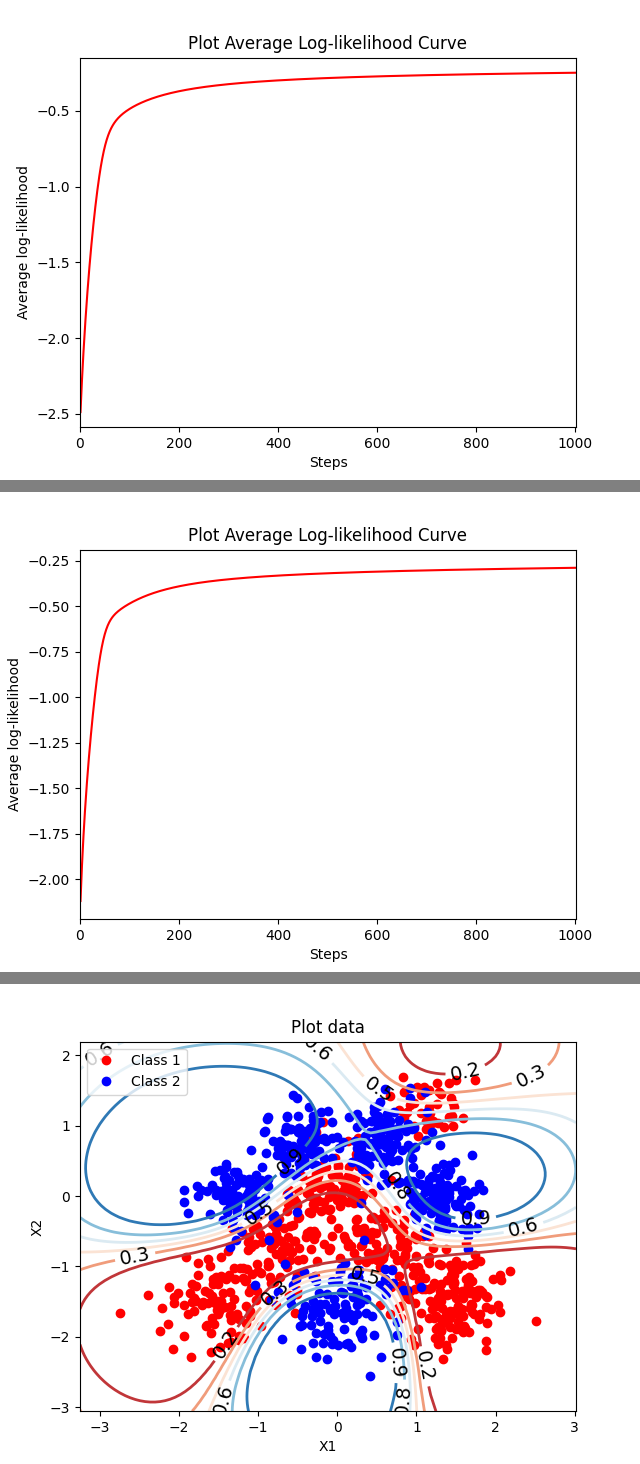
Repository: DhruvTrehan03/3F8
Script's output: python Lab.py
These files come from the project's save history. The script's output is drawn as it stood at one moment and after the next save; the edit follows.
Each picture stacks the figures in order, with grey between them; figures that are only written to a file come last. Random numbers start from a fixed seed.

Above is the script's output before, as saved 2024-02-16 13:04:18.

### Lab.py
import numpy as np
import matplotlib.pyplot as plt

def logistic(x):
    return 1.0 / (1.0 + np.exp(-x))

def plot_data_internal(X, y):
    x_min, x_max = X[ :, 0 ].min() - .5, X[ :, 0 ].max() + .5
    y_min, y_max = X[ :, 1 ].min() - .5, X[ :, 1 ].max() + .5
    xx, yy = np.meshgrid(np.linspace(x_min, x_max, 100), np.linspace(y_min, y_max, 100))
    plt.figure()
    plt.xlim(xx.min(None), xx.max(None))
    plt.ylim(yy.min(None), yy.max(None))
    ax = plt.gca()
    ax.plot(X[y == 0, 0], X[y == 0, 1], 'ro', label = 'Class 1')
    ax.plot(X[y == 1, 0], X[y == 1, 1], 'bo', label = 'Class 2')
    plt.xlabel('X1')
    plt.ylabel('X2')
    plt.title('Plot data')
    plt.legend(loc = 'upper left', scatterpoints = 1, numpoints = 1)
    return xx, yy

def plot_data(X, y):
    xx, yy = plot_data_internal(X, y)
    plt.show()

def log_likelihood (y, X, B):
    L= np.prod(np.power(sigmoid(X@B),(y)) * np.power(sigmoid(X@B),(1-y)))
    # for i in range(len(X[:,0])):
    #     L *= (sigmoid(B.T@X[i,:].T)**y[i])*(sigmoid(-B.T@X[i,:].T)**(1-y[i]))
    LL = np.log(L)
    return LL

def predict(X_tilde, w):
    return logistic(np.dot(X_tilde, w))

def get_x_tilde(X):
    return np.concatenate((np.ones((X.shape[ 0 ], 1 )), X), 1)

def plot_ll(ll):
    plt.figure()
    ax = plt.gca()
    plt.xlim(0, len(ll) + 2)
    plt.ylim(min(ll) - 0.1, max(ll) + 0.1)
    ax.plot(np.arange(1, len(ll) + 1), ll, 'r-')
    plt.xlabel('Steps')
    plt.ylabel('Average log-likelihood')
    plt.title('Plot Average Log-likelihood Curve')
    plt.show()

def plot_predictive_distribution(X, y, w, map_inputs = lambda x : x):
    xx, yy = plot_data_internal(X, y)
    ax = plt.gca()
    X_tilde = get_x_tilde(map_inputs(np.concatenate((xx.ravel().reshape((-1, 1)), yy.ravel().reshape((-1, 1))), 1)))
    Z = predict(X_tilde, w)
    Z = Z.reshape(xx.shape)
    cs2 = ax.contour(xx, yy, Z, cmap = 'RdBu', linewidths = 2)
    plt.clabel(cs2, fmt = '%2.1f', colors = 'k', fontsize = 14)
    plt.show()

def compute_average_ll(X_tilde, y, w):
    output_prob = predict(X_tilde, w)
    return np.mean(y * np.log(output_prob) + (1 - y) * np.log(1.0 - output_prob))

def fit_w(X_tilde_train, y_train, X_tilde_test, y_test, n_steps, alpha):
    w = np.random.randn(X_tilde_train.shape[ 1 ])
    ll_train = np.zeros(n_steps)
    ll_test = np.zeros(n_steps)
    for i in range(n_steps):
        sigmoid_value = predict(X_tilde_train, w)
        w += alpha * X_tilde_train.T@(y_train-sigmoid_value)     # Gradient-based update rule for w. To be completed by the student
        ll_train[ i ] = compute_average_ll(X_tilde_train, y_train, w)
        ll_test[ i ] = compute_average_ll(X_tilde_test, y_test, w)
        print(ll_train[ i ], ll_test[ i ])

    return w, ll_train, ll_test

def evaluate_basis_functions(l, X, Z):
    X2 = np.sum(X**2, 1)
    Z2 = np.sum(Z**2, 1)
    ones_Z = np.ones(Z.shape[ 0 ])
    ones_X = np.ones(X.shape[ 0 ])
    r2 = np.outer(X2, ones_Z) - 2 * np.dot(X, Z.T) + np.outer(ones_X, Z2)
    return np.exp(-0.5 / l**2 * r2)

def conf_mat(y_test, X_tilde_test, w):
    z = (predict(X_tilde_test, w)>0.5)
    P_0_0 = 0
    P_1_0 = 0
    P_0_1 = 0
    P_1_1 = 0
    for i in range(len(y_test)):
        if y_test[i] == 0 and z[i] == 0:
                P_0_0 += 1
        if y_test[i] == 0 and z[i] == 1:
                P_1_0 += 1
        if y_test[i] == 1 and z[i] == 0:
                P_0_1 += 1
        if y_test[i] == 1 and z[i] == 1:
                P_1_1 += 1
    print(np.array([[P_0_0/(P_0_0+P_1_0), P_1_0/(P_0_0+P_1_0)],[P_0_1/(P_0_1+P_1_1), P_1_1/(P_0_1+P_1_1)]]))

X = np.loadtxt('X.txt')
y = np.loadtxt('y.txt')
permutation = np.random.permutation(X.shape[ 0 ])
X = X[ permutation, : ]
y = y[ permutation ]

n_train = 800
X_train = X[ 0 : n_train, : ]
X_test = X[ n_train :, : ]
y_train = y[ 0 : n_train ]
y_test = y[ n_train : ]

# Eta = 0.001
# Max_it = 100

# X_tilde_train = get_x_tilde(X_train)
# X_tilde_test = get_x_tilde(X_test)
# w, ll_train, ll_test = fit_w(X_tilde_train, y_train, X_tilde_test, y_test, Max_it, Eta)
# plot_ll(ll_train)
# plot_ll(ll_test)
# plot_predictive_distribution(X, y, w)

l = 1 # Width of the Gaussian basis funcction. To be completed by the student

X_tilde_train = get_x_tilde(evaluate_basis_functions(l, X_train, X_train))
X_tilde_test = get_x_tilde(evaluate_basis_functions(l, X_test, X_train))

# We train the new classifier on the feature expanded inputs

alpha = 0.0001 # Learning rate for gradient-based optimisation with basis functions. To be completed by the student
n_steps = 1000 # Number of steps of gradient-based optimisation with basis functions. To be completed by the student

w, ll_train, ll_test = fit_w(X_tilde_train, y_train, X_tilde_test, y_test, n_steps, alpha)

# We plot the training and test log likelihoods

plot_ll(ll_train)
plot_ll(ll_test)

# We plot the predictive distribution

plot_predictive_distribution(X, y, w, lambda x : evaluate_basis_functions(l, x, X_train))
conf_mat(y_test, X_tilde_train, w)

### y.txt
0
0
1
1
1
0
1
0
0
1
0
0
1
0
0
1
1
1
0
0
0
0
1
1
1
0
1
1
1
1
0
1
0
1
0
0
0
1
1
0
0
1
1
1
1
1
1
0
0
1
0
0
1
1
1
1
1
1
1
1
1
1
0
1
0
1
0
1
1
1
0
1
0
1
1
1
0
1
0
0
1
1
1
1
0
1
0
0
0
1
0
1
1
1
1
1
1
0
0
1
1
0
0
1
1
1
1
0
0
1
0
0
0
0
1
1
0
1
1
0
0
1
1
1
0
0
1
0
0
1
0
1
0
1
0
0
1
0
0
1
0
1
1
0
1
0
1
1
0
1
1
1
0
0
1
1
1
0
0
0
0
0
1
1
0
0
0
1
1
1
1
1
1
1
1
1
1
0
0
0
1
0
0
1
1
1
1
1
0
0
1
1
0
0
0
0
0
0
1
1
1
0
1
0
1
1
0
0
1
1
0
1
1
1
0
0
0
0
0
1
0
1
1
0
1
0
1
0
0
0
1
0
1
0
1
1
1
0
1
1
1
1
1
1
0
0
0
0
0
0
1
1
1
0
0
0
0
1
0
0
1
1
1
1
1
0
1
1
1
0
0
0
1
1
0
1
0
1
0
0
1
0
1
0
0
0
1
1
1
0
1
1
1
0
0
1
1
0
1
1
0
1
1
0
0
0
0
0
1
1
0
0
1
0
1
1
0
0
1
1
0
0
0
0
0
0
1
0
0
1
0
1
0
0
1
0
0
0
0
0
0
0
1
1
0
0
0
1
0
0
0
1
0
0
0
1
0
1
0
1
0
1
0
0
1
0
0
1
0
0
1
0
1
0
1
1
1
1
1
1
0
0
0
0
0
0
0
1
1
0
0
1
1
0
0
0
0
0
1
0
0
1
0
1
1
1
1
1
0
0
0
1
1
1
1
1
1
1
1
1
1
1
0
0
1
0
0
1
1
0
1
0
0
1
0
1
0
1
0
1
1
1
0
0
0
1
1
1
0
1
1
1
0
1
1
1
1
1
1
1
0
0
0
0
1
0
0
1
1
1
1
1
1
1
1
1
0
0
0
1
1
0
0
1
0
0
0
0
0
0
0
0
1
0
0
0
0
1
0
1
0
0
0
0
0
1
1
1
0
1
0
0
1
0
0
0
1
0
1
0
1
1
0
0
1
1
1
0
0
1
1
1
1
0
1
1
1
1
1
0
1
1
0
0
0
1
0
0
0
0
0
0
0
0
1
0
0
1
1
1
1
0
0
0
1
1
1
1
0
0
1
0
0
0
1
0
1
1
0
1
0
0
1
0
0
1
0
0
0
1
0
0
1
0
0
1
0
0
0
1
0
1
0
0
0
1
0
1
0
1
1
1
0
1
1
0
0
1
1
0
0
1
0
1
0
1
1
1
1
1
0
1
0
0
1
0
1
0
1
1
1
0
0
1
0
1
0
0
1
1
0
0
0
1
0
0
1
1
1
1
0
1
0
0
0
0
1
1
0
0
0
0
1
1
1
1
0
1
0
0
1
0
1
0
0
1
0
1
1
1
1
1
0
0
0
1
0
1
0
0
0
1
0
0
0
1
0
0
1
0
0
0
1
0
1
1
1
1
1
0
1
0
1
1
0
0
0
0
0
0
1
1
0
0
0
1
0
0
0
0
1
1
0
0
0
0
1
0
0
0
0
1
1
0
0
0
1
0
1
0
1
1
1
0
0
1
0
1
1
0
0
1
1
0
0
1
0
1
0
1
0
1
1
0
1
0
0
1
1
0
1
1
1
0
1
0
0
0
1
1
0
1
0
0
0
1
0
0
0
1
0
1
0
1
0
1
1
1
0
1
1
1
0
0
1
0
0
1
0
0
0
1
0
1
1
0
0
1
0
1
0
0
1
0
1
1
1
0
0
0
1
1
0
0
1
1
1
0
1
1
1
1
1
0
0
0
1
0
1
1
0
1
0
1
0
1
1
1
0
1
0
1
0
0
0
1
1
1
1
0
0
0
0
1
1
0
1
0
1
0
0
1
1
1
0
1
1
1
0
0
1
0
1
0
1
0
0
0
1
0
0
0
0
0
0
1
0
0
0
0
0
0
0
1
0
1
1
0
1
0
1
1
1
0
0
1
0
1
0
0
1
1
1
0
1
1
1
1
1
1
1
1
1
1
1
0
0
0
1
1
1
1
1
1
1
0
0
1
0
0
1
0
0
0
0
0
1
0
1
1
0
1
0
0
1
0
0
0
0
1

Loaded but not shown: X.txt (1000 lines, source omitted)

After the next save:
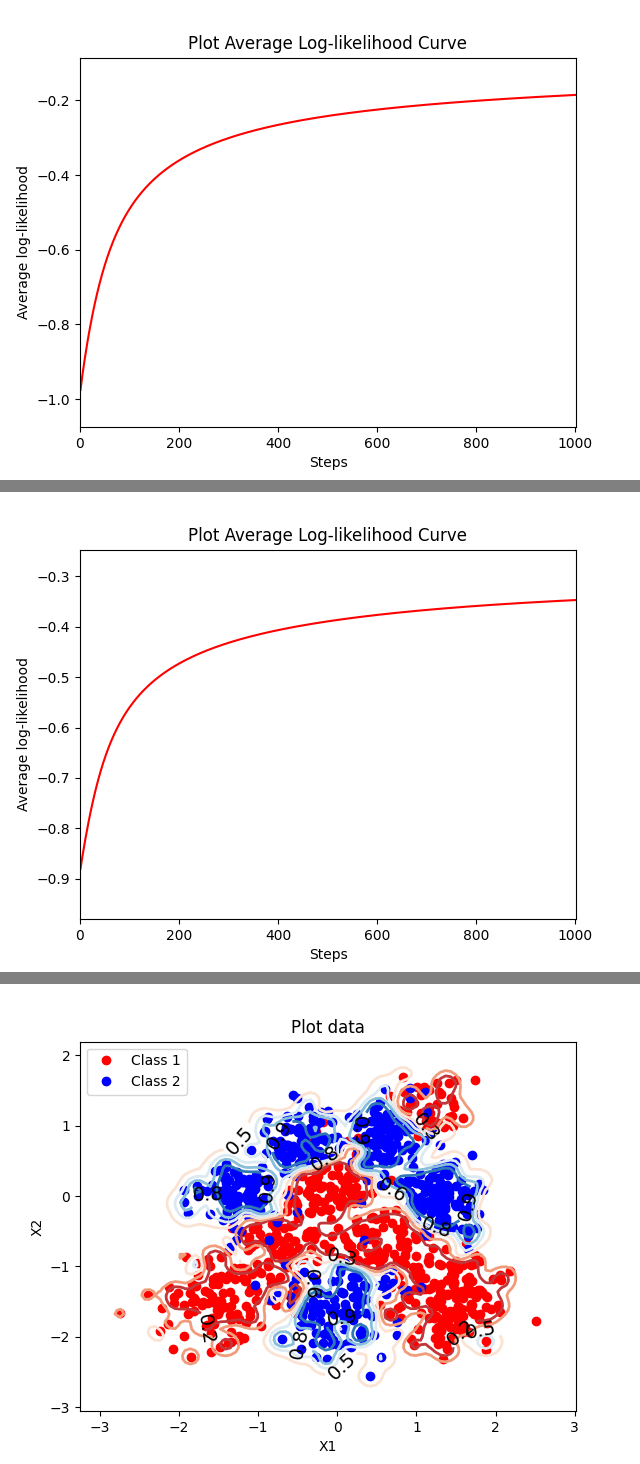
Saved 2 min 15 s later.
--- a/Lab.py
+++ b/Lab.py
@@ -122,14 +122,14 @@ y_test = y[ n_train : ]
 # plot_ll(ll_test)
 # plot_predictive_distribution(X, y, w)
 
-l = 1 # Width of the Gaussian basis funcction. To be completed by the student
+l = 0.1 # Width of the Gaussian basis funcction. To be completed by the student
 
 X_tilde_train = get_x_tilde(evaluate_basis_functions(l, X_train, X_train))
 X_tilde_test = get_x_tilde(evaluate_basis_functions(l, X_test, X_train))
 
 # We train the new classifier on the feature expanded inputs
 
-alpha = 0.0001 # Learning rate for gradient-based optimisation with basis functions. To be completed by the student
+alpha = 0.001 # Learning rate for gradient-based optimisation with basis functions. To be completed by the student
 n_steps = 1000 # Number of steps of gradient-based optimisation with basis functions. To be completed by the student
 
 w, ll_train, ll_test = fit_w(X_tilde_train, y_train, X_tilde_test, y_test, n_steps, alpha)
